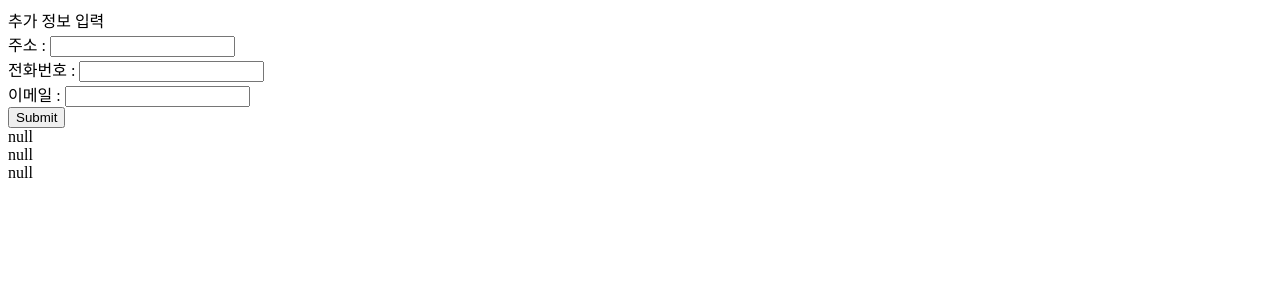
Repository: ionoffx00101/Bitworkspace
Page: http://localhost/brain/subscribe/Address.jsp
These files come from the project's save history. The page is drawn as it stood at one moment and after the next save; the edit follows.
The browser window is 1280 px wide. The pictures show the whole page.
The page is served by Tomcat 9.

Above is the page before, as saved 2017-01-20 01:46:34.

After the next save:
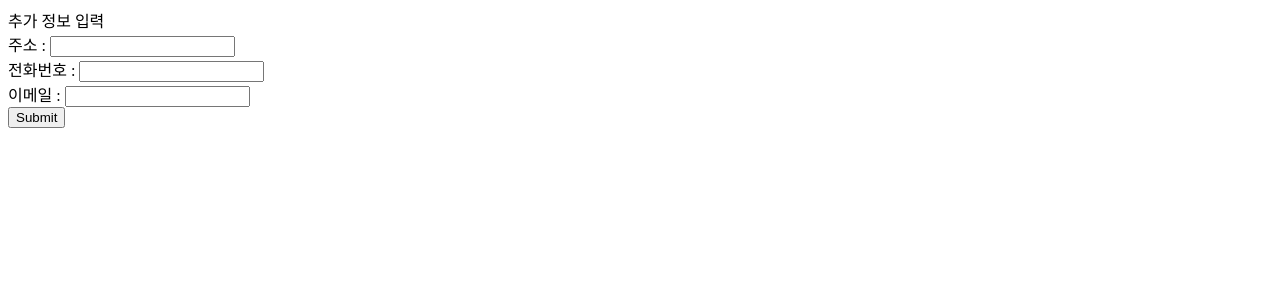
Saved 15 s later.
--- a/brain/WebContent/subscribe/Address.jsp
+++ b/brain/WebContent/subscribe/Address.jsp
@@ -24,8 +24,6 @@
 	전화번호 : <input type="text" name="phone"><br>
 	이메일 : <input type="text" name="email"><br>
 	<input type="submit">
-	</form><%=id%><br>
-	<%=pw%><br>
-	<%=name%><br>
+	</form>
 </body>
 </html>
